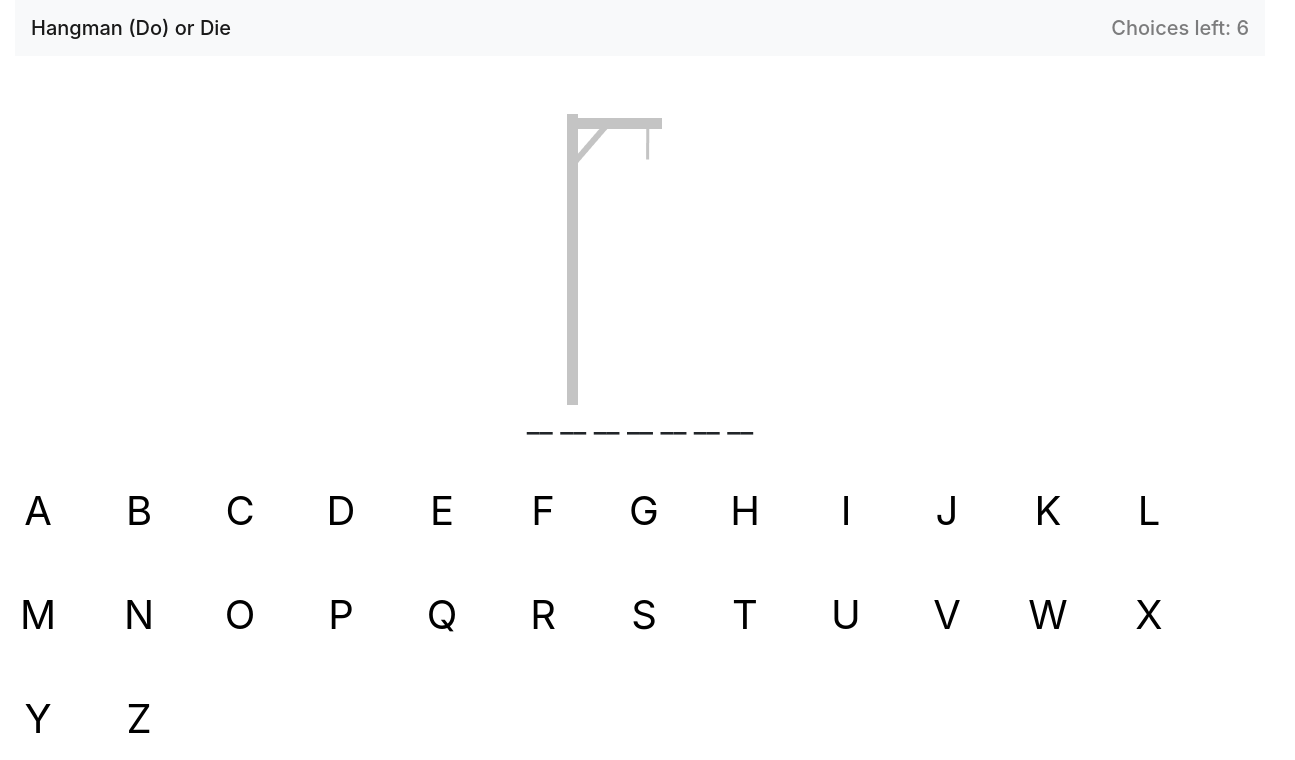
Repository: jatinhchanchlani/hangman
Page: /
The author's editor kept a copy of each file at every save. The page is drawn from the files as they stood at one save, then again after the next save.
The browser window is 1280 px wide. The page is 1295 px wide, so the pictures cover 1295 px, including what lies to the right of the window. The pictures show the whole page.
The project was rebuilt for these pictures with package versions that can differ from the ones it lists, and the page was loaded fresh each time. Also part of the build but not shown: src/App.css.

Above is the page before, as saved 2020-10-25 12:26:14.

After the next save:
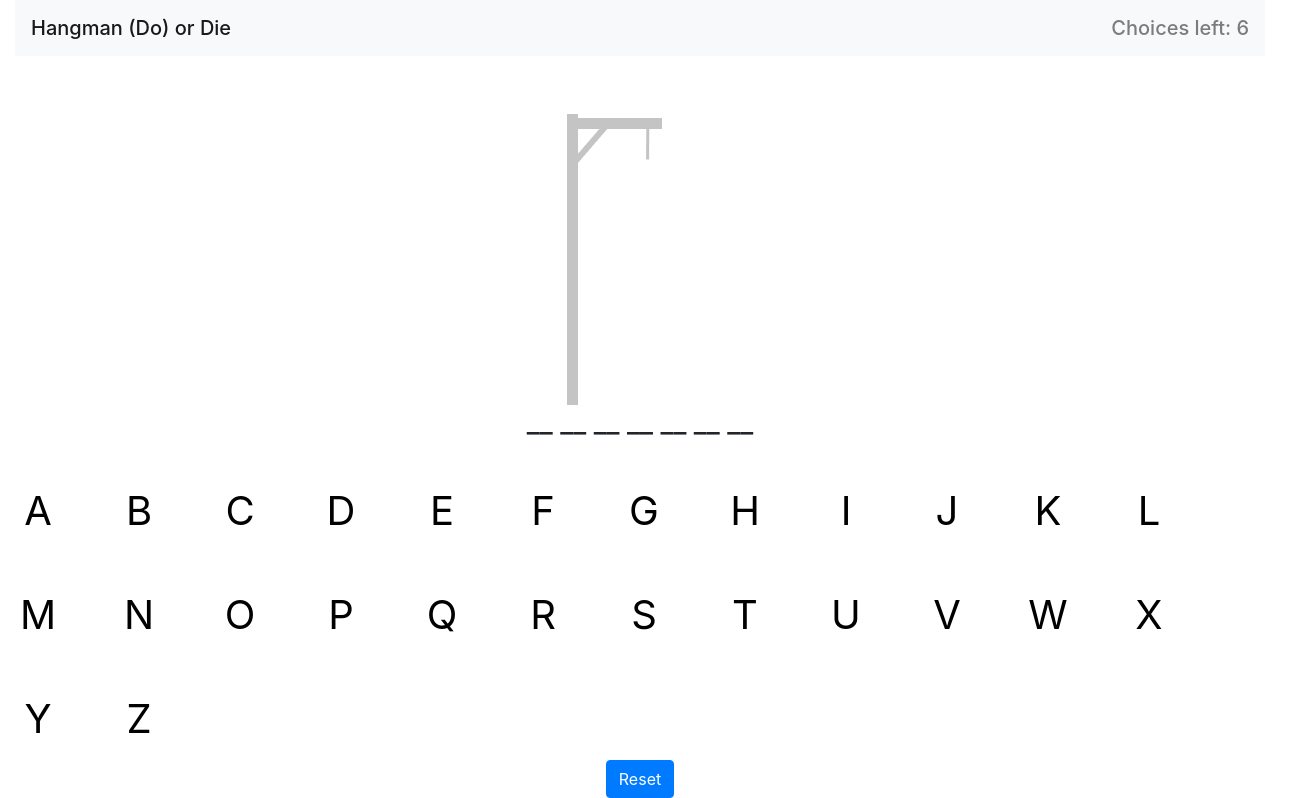
Saved 75 s later.
--- a/src/components/game.jsx
+++ b/src/components/game.jsx
@@ -43,6 +43,7 @@ class Game extends Component {
             letters={this.state.letters}
             onClick={(letter) => this.handleLetterClicked(letter)}
           />
+          <Reset />
         </div>
       </div>
     );
